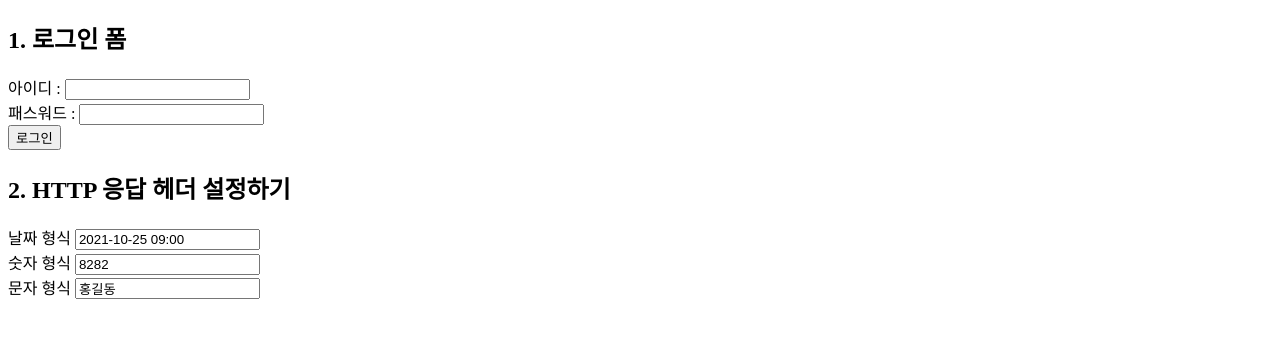
Repository: redi961/JSP_Studying
Page: http://localhost/MustHaveJSP/02_ImplicitObject/ResponseMain.jsp
These files come from the project's save history. The page is drawn as it stood at one moment and after the next save; the edit follows.
The browser window is 1280 px wide. The pictures show the whole page.
The page is served by Tomcat 9.

Above is the page before, as saved 2022-10-11 01:44:45.

After the next save:
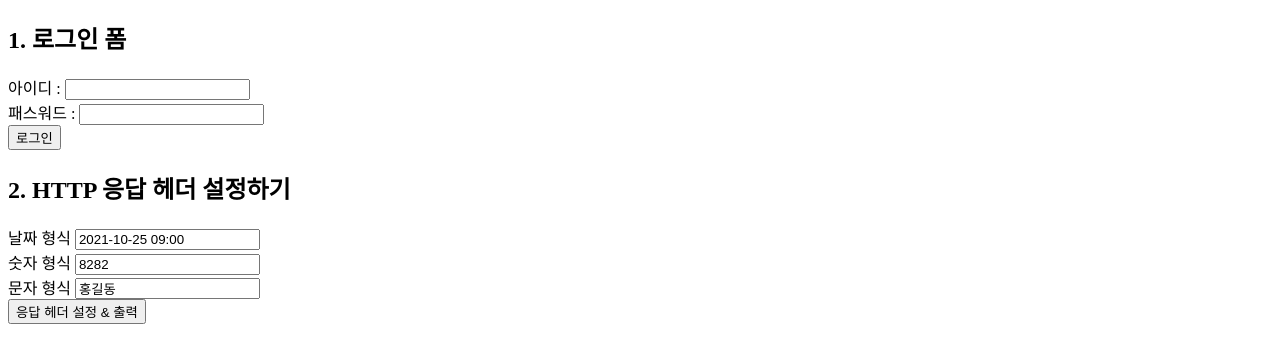
Saved 65 s later.
--- a/MustHaveJSP/src/main/webapp/02_ImplicitObject/ResponseMain.jsp
+++ b/MustHaveJSP/src/main/webapp/02_ImplicitObject/ResponseMain.jsp
@@ -22,6 +22,7 @@
 		날짜 형식 <input type="text" name="add_date" value="2021-10-25 09:00" /> <br/>
 		숫자 형식 <input type="text" name="add_int" value="8282" /> <br/>
 		문자 형식 <input type="text" name="add_str" value="홍길동" /> <br/>
+		<input type="submit" value="응답 헤더 설정 & 출력" />
 	</form>
 </body>
 </html>
